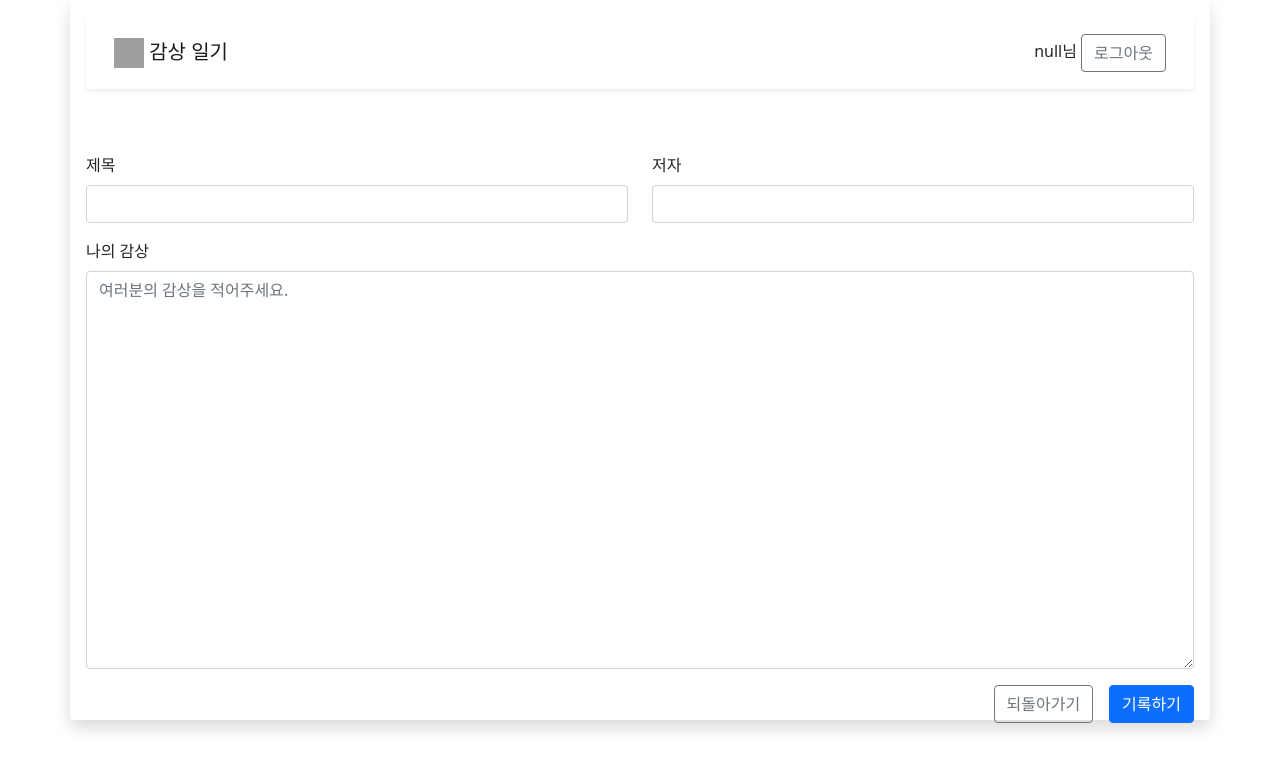
Repository: EunSung98/readMemo
Page: http://localhost/cultureMemoProject/memo/upload.jsp
The author's editor kept a copy of each file at every save. The page is drawn from the files as they stood at one save, then again after the next save.
The browser window is 1280 px wide. The pictures show the whole page.
Pictures or frames that could not be fetched are drawn as grey boxes. The page is served by Tomcat 9. Other server files are loaded and not shown.

Above is the page before, as saved 2023-06-07 12:56:09.

### cultureMemoProject/src/main/webapp/memo/upload.jsp
<%@ page language="java" contentType="text/html; charset=UTF-8"
    pageEncoding="UTF-8" errorPage="error.jsp" %>
<!DOCTYPE html>
<html>
<head>
<meta charset="UTF-8">
<link href="https://cdn.jsdelivr.net/npm/bootstrap@5.1.3/dist/css/bootstrap.min.css" rel="stylesheet" integrity="sha384-1BmE4kWBq78iYhFldvKuhfTAU6auU8tT94WrHftjDbrCEXSU1oBoqyl2QvZ6jIW3" crossorigin="anonymous">
<script src="https://cdn.jsdelivr.net/npm/bootstrap@5.1.3/dist/js/bootstrap.bundle.min.js" integrity="sha384-ka7Sk0Gln4gmtz2MlQnikT1wXgYsOg+OMhuP+IlRH9sENBO0LRn5q+8nbTov4+1p" crossorigin="anonymous"></script>
<title>감상 일기</title>
</head>
<body>
<div class="container shadow p-3 mb-5 bg-body rounded vh-100">
<jsp:include page="../header.jsp"/>
	<form action="uploadProc.jsp" method="post">
	<div class="row">
		<div class="col">
		  <label for="exampleFormControlInput1" class="form-label  mt-3">제목</label>
		  <input type="text" class="form-control" name="bookName">
		 </div>
		 <div class="col mb-3">
		  <label for="exampleFormControlInput1" class="form-label  mt-3">저자</label>
		  <input type="text" class="form-control" name="writer">
		</div>
	</div>
		<div class="mb-3">
		  <label for="exampleFormControlTextarea1" class="form-label">나의 감상</label>
		  <textarea class="form-control" name="content" rows="16"
		  	placeholder="여러분의 감상을 적어주세요."></textarea>
		</div>
		<div class="col">
		  <div class="d-grid gap-2 d-md-flex justify-content-md-end">
			<button class=" btn btn-outline-secondary me-md-2" type="button" onclick="location.href='diary.jsp'">되돌아가기</button>
			<button class="btn btn-primary"type="submit">기록하기</button>
		  </div>
		</div>
	</form>
</div>
</body>
</html>

### cultureMemoProject/src/main/webapp/header.jsp
<%@ page language="java" contentType="text/html; charset=UTF-8"
    pageEncoding="UTF-8"%>
<!DOCTYPE html>
<html>
<head>
<meta charset="UTF-8">
<link href="https://cdn.jsdelivr.net/npm/bootstrap@5.1.3/dist/css/bootstrap.min.css" rel="stylesheet" integrity="sha384-1BmE4kWBq78iYhFldvKuhfTAU6auU8tT94WrHftjDbrCEXSU1oBoqyl2QvZ6jIW3" crossorigin="anonymous">
<script src="https://cdn.jsdelivr.net/npm/bootstrap@5.1.3/dist/js/bootstrap.bundle.min.js" integrity="sha384-ka7Sk0Gln4gmtz2MlQnikT1wXgYsOg+OMhuP+IlRH9sENBO0LRn5q+8nbTov4+1p" crossorigin="anonymous"></script>
<title>감상 일기</title>
</head>
<body>
<nav class="bg-light navbar navbar-light shadow-sm p-3 mb-5 bg-body rounded w-100">
  <div class="container-fluid">
    <a class="navbar-brand" href="#">
      <img src="https://cdn-icons-png.flaticon.com/512/3238/3238016.png" alt="" width="30" height="30" class="d-inline-block align-text-top">
      감상 일기
    </a>
    <div>
    <%= session.getAttribute("id") %>님 <input class="btn btn-outline-secondary" type="button" value="로그아웃"
    	onclick="location.href='login.jsp'">
    </div>
  </div>
</nav>
</body>
</html>

After the next save:
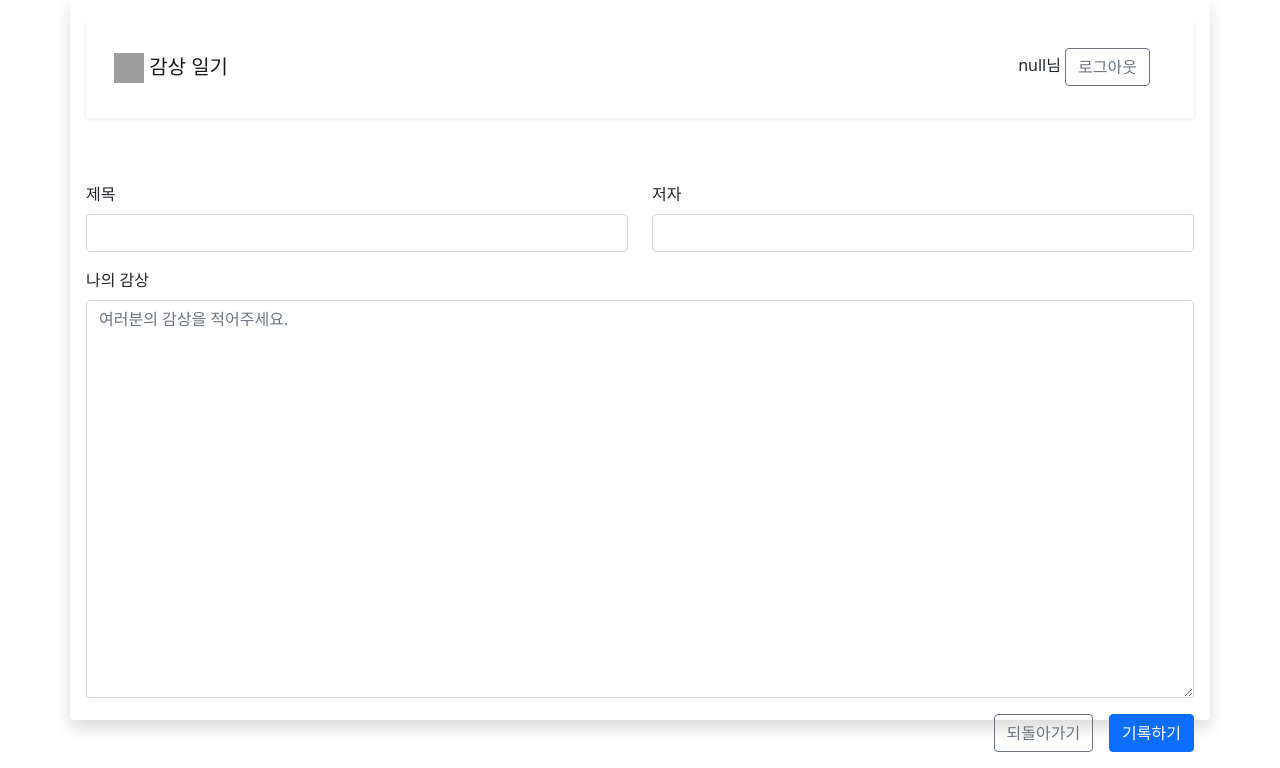
Saved 35 s later.
--- a/cultureMemoProject/src/main/webapp/header.jsp
+++ b/cultureMemoProject/src/main/webapp/header.jsp
@@ -15,7 +15,7 @@
       <img src="https://cdn-icons-png.flaticon.com/512/3238/3238016.png" alt="" width="30" height="30" class="d-inline-block align-text-top">
       감상 일기
     </a>
-    <div>
+    <div class="p-3">
     <%= session.getAttribute("id") %>님 <input class="btn btn-outline-secondary" type="button" value="로그아웃"
     	onclick="location.href='login.jsp'">
     </div>

After the save that followed:
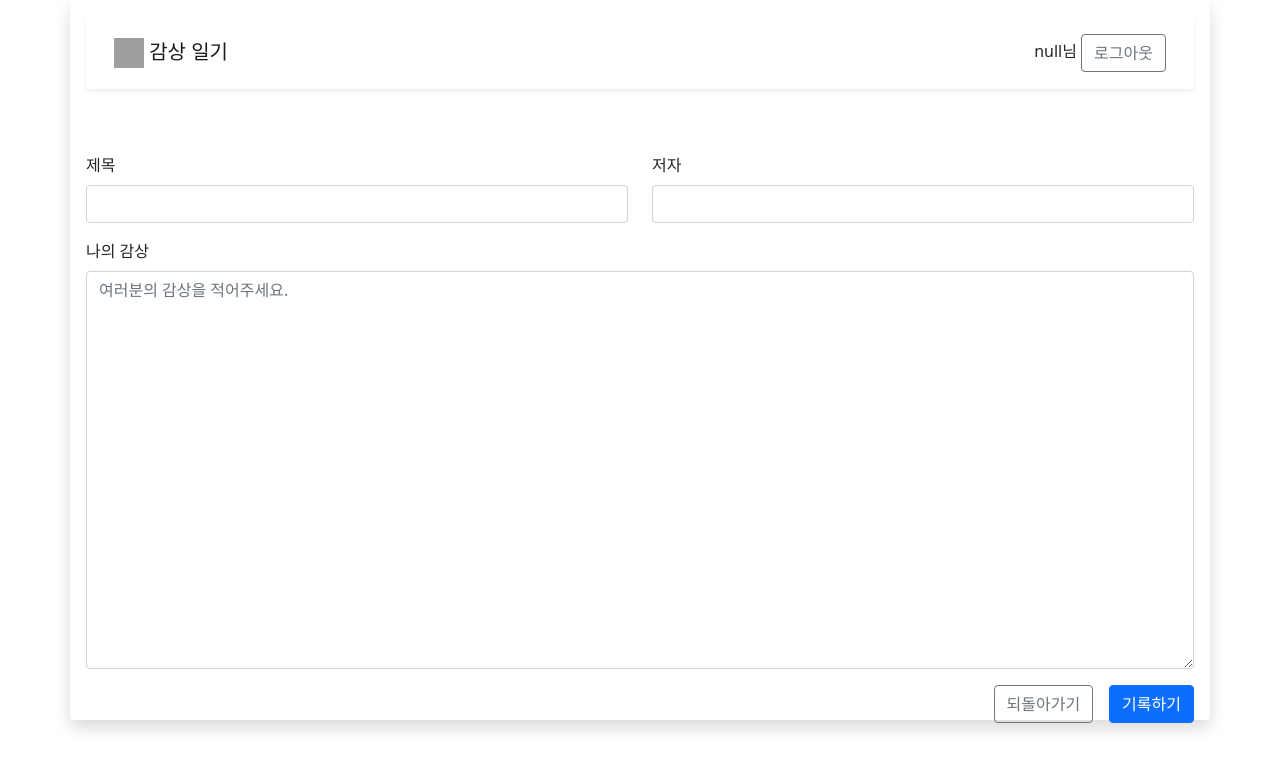
Saved 8 s later.
--- a/cultureMemoProject/src/main/webapp/header.jsp
+++ b/cultureMemoProject/src/main/webapp/header.jsp
@@ -15,7 +15,7 @@
       <img src="https://cdn-icons-png.flaticon.com/512/3238/3238016.png" alt="" width="30" height="30" class="d-inline-block align-text-top">
       감상 일기
     </a>
-    <div class="p-3">
+    <div class="w-3">
     <%= session.getAttribute("id") %>님 <input class="btn btn-outline-secondary" type="button" value="로그아웃"
     	onclick="location.href='login.jsp'">
     </div>
